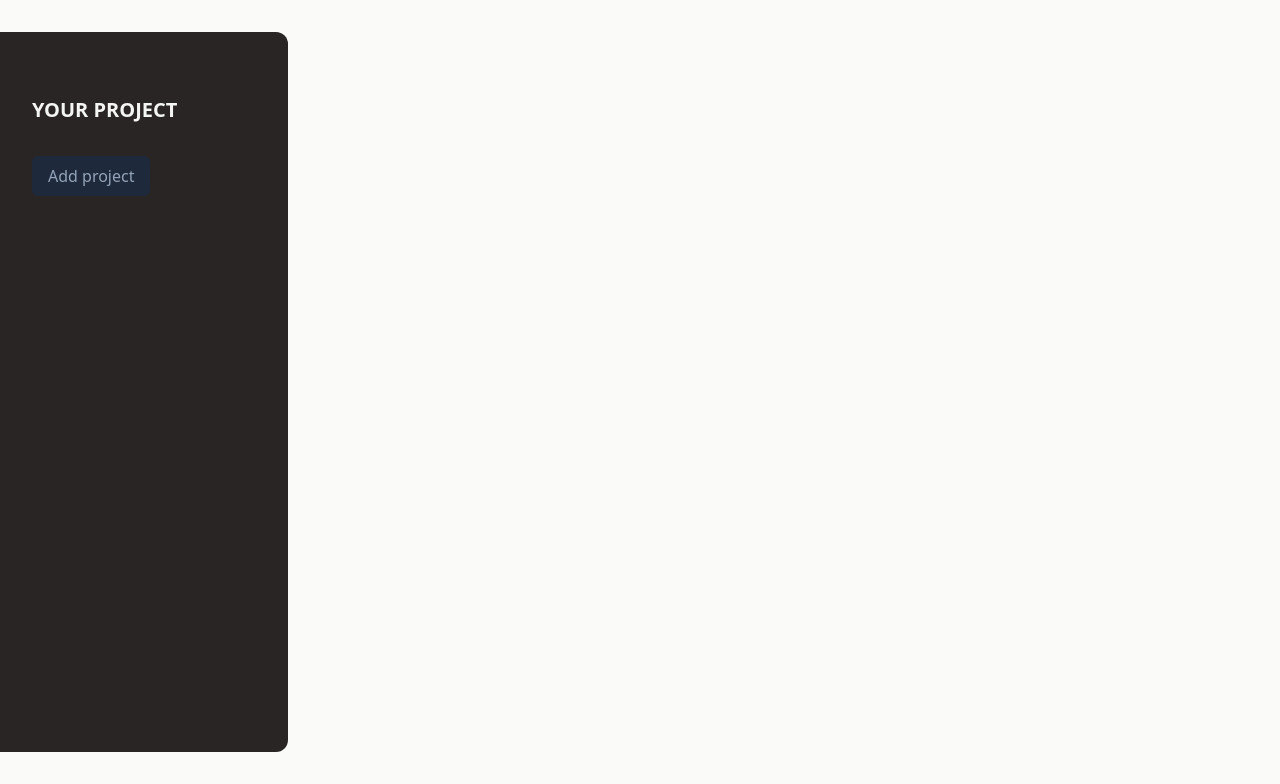
Repository: sibi24sibi/todo-list-using-reactjs
Page: /
These files come from the project's save history. The page is drawn as it stood at one moment and after the next save; the edit follows.
The browser window is 1280 px wide. The pictures show the whole page.
The project was rebuilt for these pictures with package versions that can differ from the ones it lists, and the page was loaded fresh each time. Also part of the build but not shown: vite.config.js.

Above is the page before, as saved 2024-06-24 11:49:42.

### src/App.jsx
import SideBar from "./assets/Components/SideBar/SideBar";

function App() {
  return (
    <>
      <main className="h-screen my-8">
        <SideBar />
      </main>
    </>
  );
}

export default App;

### src/assets/Components/SideBar/SideBar.jsx
export default function SideBar() {
  return (
    <aside className="w-1/3 h-screen  px-8 py-16 bg-stone-800 text-stone-50 md:w-72 rounded-r-xl">
      <h2 className="mb-8 font-bold uppercase md:text-xl text-stone-100">
        your project
      </h2>
      <div>
        <button className="px-4 py-2 text-slate-400 hover:text-slate-900 md:text-base rounded-md bg-slate-800 hover:bg-slate-400">
          Add project
        </button>
      </div>
      <ul></ul>
    </aside>
  );
}

Loaded but not shown: index.html (common file); src/main.jsx (common file); src/index.css (common file); tailwind.config.js (common file)

After the next save:
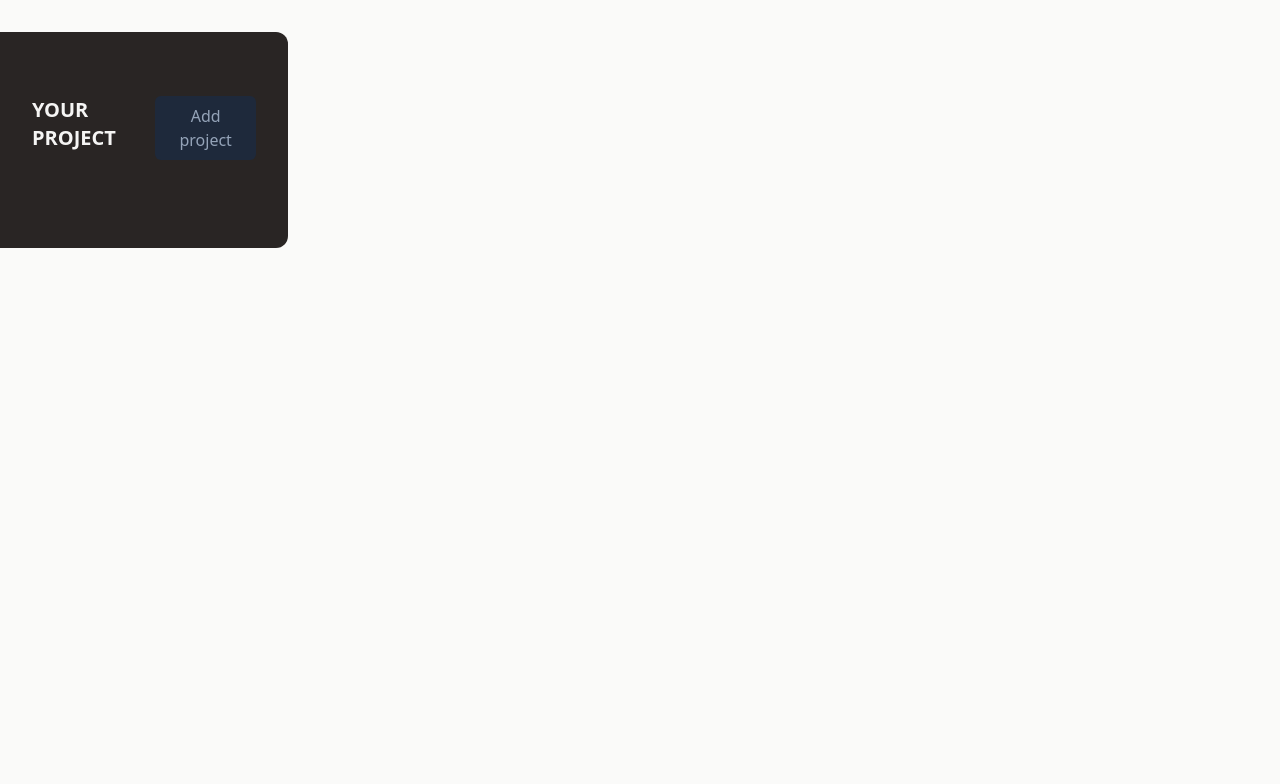
Saved 9 s later.
--- a/src/assets/Components/SideBar/SideBar.jsx
+++ b/src/assets/Components/SideBar/SideBar.jsx
@@ -1,6 +1,6 @@
 export default function SideBar() {
   return (
-    <aside className="w-1/3 h-screen  px-8 py-16 bg-stone-800 text-stone-50 md:w-72 rounded-r-xl">
+    <aside className="w-1/3 flex px-8 py-16 bg-stone-800 text-stone-50 md:w-72 rounded-r-xl">
       <h2 className="mb-8 font-bold uppercase md:text-xl text-stone-100">
         your project
       </h2>
